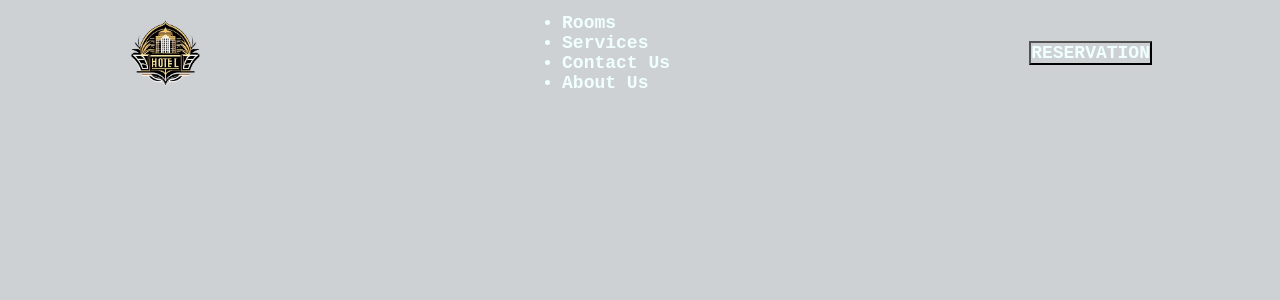
Repository: DhananjayaLakshan/Uom-Web_Design_For_Beginners
Page: Final Assignment/index.html
An editor plug-in stored every save of this project. The page is shown before and after the next save, followed by the edit.
The browser window is 1280 px wide. The pictures show the whole page.

Above is the page before, as saved 2023-11-29 13:53:37.

### Final Assignment/index.html
<!DOCTYPE html>
<html lang="en">
<head>
    <meta charset="UTF-8">
    <meta name="viewport" content="width=device-width, initial-scale=1.0">
    <title>Ceylon Hotel</title>

    <link rel="stylesheet" href="style.css">
    <script src="script.js"></script>
</head>
<body>

    <header>
        <img class="logo" src="img/logo.png" alt="logo">

        <nav>
            <ul class="navBar">
                <li>
                    <a href="#"> Rooms</a>
                </li>

                <li>
                    <a href="#"> Services</a>
                </li>

                <li>
                    <a href="#"> Contact Us</a>
                </li>

                <li>
                    <a href="#"> About Us</a>
                </li>


            </ul>
        </nav>

        <a href="#"> <button>RESERVATION</button> </a>


    </header>

</body>
</html>

### Final Assignment/style.css
*{
    box-sizing: border-box;
    padding: 0;
    margin: 0;
    background-color: rgb(206, 209, 211);
}

li,a, button{
    font-family: 'Courier New', Courier, monospace;
    font-weight: 600;
    font-size: 18px;
    text-decoration: none;
    color: azure;
}

header{
    display: flex;
    justify-content: space-between;
    align-items: center;
    padding: 13px 10%;

}

.logo{
    width: 75px;
    height: 75px;
    cursor: pointer;
}

.nav_links{
    list-style: none;
}

.nav_links li{
    display: inline-block;
}

Loaded but not shown: Final Assignment/script.js (no stored copy; drawn as an empty file)

After the next save:
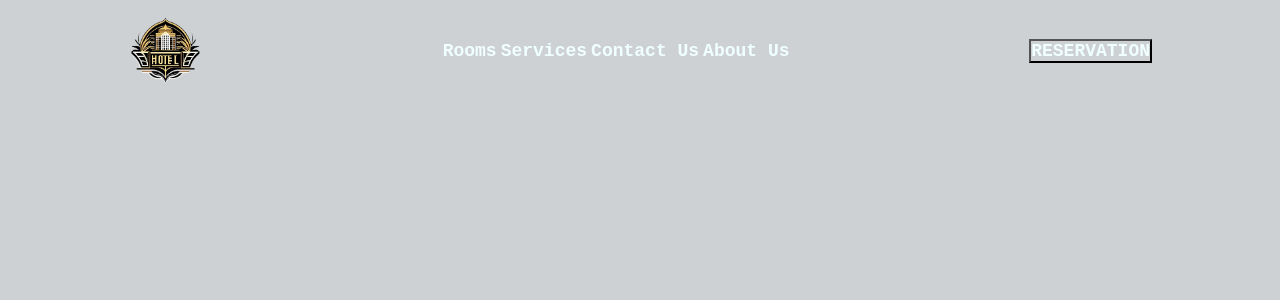
Saved 52 s later.
--- a/Final Assignment/style.css
+++ b/Final Assignment/style.css
@@ -27,10 +27,10 @@ header{
     cursor: pointer;
 }
 
-.nav_links{
+.navBar{
     list-style: none;
 }
 
-.nav_links li{
+.navBar li{
     display: inline-block;
 }
